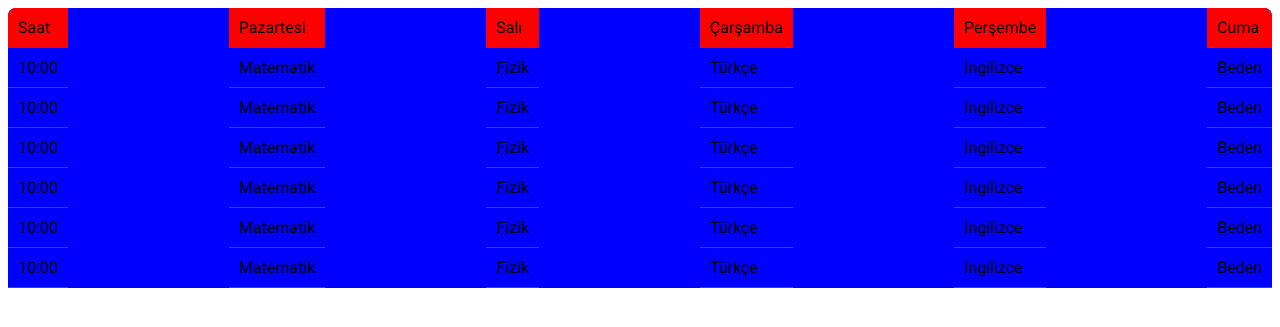
Repository: ahmetbugraozcan/css-ders-programi
Page: deneme2.html
The author's editor kept a copy of each file at every save. The page is drawn from the files as they stood at one save, then again after a run of saves.
The browser window is 1280 px wide. The pictures show the whole page.

Above is the page before, as saved 2021-07-10 14:59:02.

### deneme2.html
<!DOCTYPE html>
<html>

<head>
    <link href='http://fonts.googleapis.com/css?family=Roboto' rel='stylesheet' type='text/css'>
    <style>
        * {
            box-sizing: border-box;
        }

        body {
            font-family: 'Roboto', sans-serif;

        }

        .head {
            background-color: red;
            width: 100%;
        }

        .row {
            justify-content: space-between;
            width: 100%;
            border-radius: 8px 8px 0 0;
            overflow: hidden;
            display: flex;
            ;
            flex-direction: row;
            background-color: blue;
        }

        .row>div>div {
            border-bottom: 1px solid green;
        }

        .row>div>div,
        .head {
            padding: 10px;
        }
    </style>
</head>

<body>
    <div class="row">
        <div>
            <div class="head"> Saat</div>
            <div>10:00</div>
            <div>10:00</div>
            <div>10:00</div>
            <div>10:00</div>
            <div>10:00</div>
            <div>10:00</div>
        </div>
        <div>
            <div class="head"> Pazartesi</div>
            <div>Matematik</div>
            <div>Matematik</div>
            <div>Matematik</div>
            <div>Matematik</div>
            <div>Matematik</div>
            <div>Matematik</div>
        </div>
        <div>
            <div class="head">Salı</div>
            <div>Fizik</div>
            <div>Fizik</div>
            <div>Fizik</div>
            <div>Fizik</div>
            <div>Fizik</div>
            <div>Fizik</div>
        </div>
        <div>
            <div class="head">Çarşamba</div>
            <div>Türkçe</div>
            <div>Türkçe</div>
            <div>Türkçe</div>
            <div>Türkçe</div>
            <div>Türkçe</div>
            <div>Türkçe</div>

        </div>
        <div>
            <div class="head">Perşembe</div>
            <div>İngilizce</div>
            <div>İngilizce</div>
            <div>İngilizce</div>
            <div>İngilizce</div>
            <div>İngilizce</div>
            <div>İngilizce</div>
        </div>
        <div>
            <div class="head">Cuma</div>
            <div>Beden</div>
            <div>Beden</div>
            <div>Beden</div>
            <div>Beden</div>
            <div>Beden</div>
            <div>Beden</div>

        </div>
    </div>

</body>

</html>

After the next 2 saves:
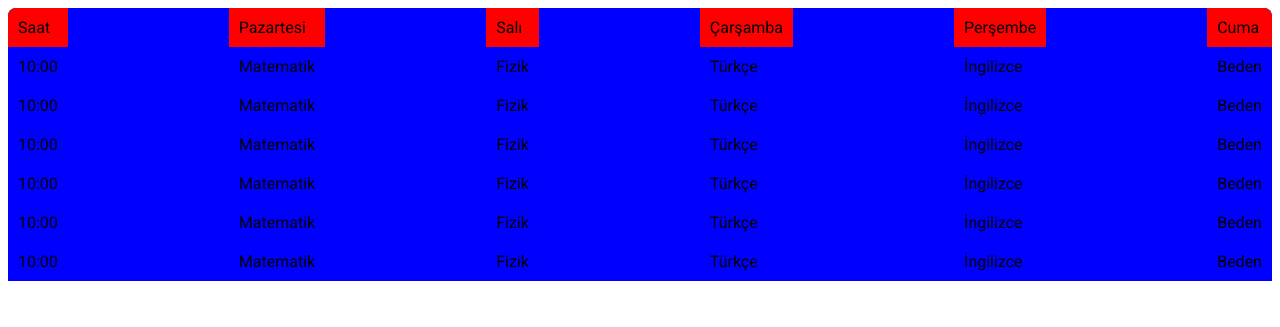
The 2 saves are shown as one change because they came seconds apart.
The last was saved 10 s later.
--- a/deneme2.html
+++ b/deneme2.html
@@ -29,7 +29,7 @@
             background-color: blue;
         }
 
-        .row>div>div {
+        .head > div>div {
             border-bottom: 1px solid green;
         }
 
